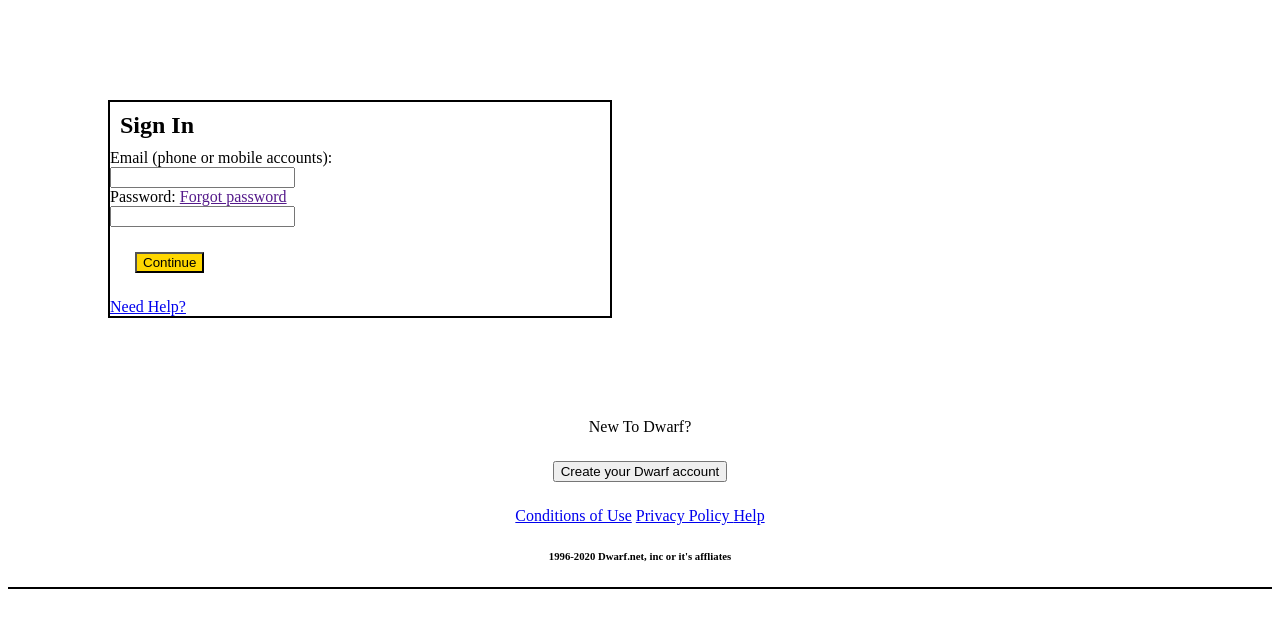
Repository: brittmarie333/replica
Page: index.html
These files come from the project's save history. The page is drawn as it stood at one moment and after the next save; the edit follows.
The browser window is 1280 px wide. The pictures show the whole page.

Above is the page before, as saved 2024-05-27 12:58:53.

### index.html
<!DOCTYPE html>
<html lang="en">
<head>
    <meta charset="UTF-8">
    <meta name="viewport" content="width=device-width, initial-scale=1.0">
    <link rel="stylesheet" href="index.css">
    <title>Log In</title>
</head>
<body>

    <form action="/data.php">
        <h2>Sign In</h2>
        <label for="username">Email (phone or mobile accounts):</label><br>
       <input type="text" id="fname" name="fname"><br>
        <label for="pword">Password: </label> <text align="right"><a href="">Forgot password</a></text><br>
        <input type="text" id="lname" name="lname" ><br>
        <button style= "background-color: gold";
        <button>Continue</button>
        <br>
        <a href="http">Need Help?</a>
      </form>




      New To Dwarf?
      <br>
      <button id="create">Create your Dwarf account</button>
      <br>
      <a href="http"> Conditions of Use</a>
      <a href="http"> Privacy Policy </a>
      <a href="http"> Help </a>
      <br>

      <h6> 1996-2020 Dwarf.net, inc or it's affliates</h6>


</body>
</html>

### index.css
h2  {
    text-align: left;
    margin: 10px;
}

body {
    text-align: center;
    border-bottom: 2px solid black;
    align-items: center;
}
form{
    text-align: left;
    border: 2px solid;
    border color: light grey;
    margin: 100px;
    width: 500px;

}
button{
    text-align: center;
    align-items: center;
    margin: 25px;

}

After the next save:
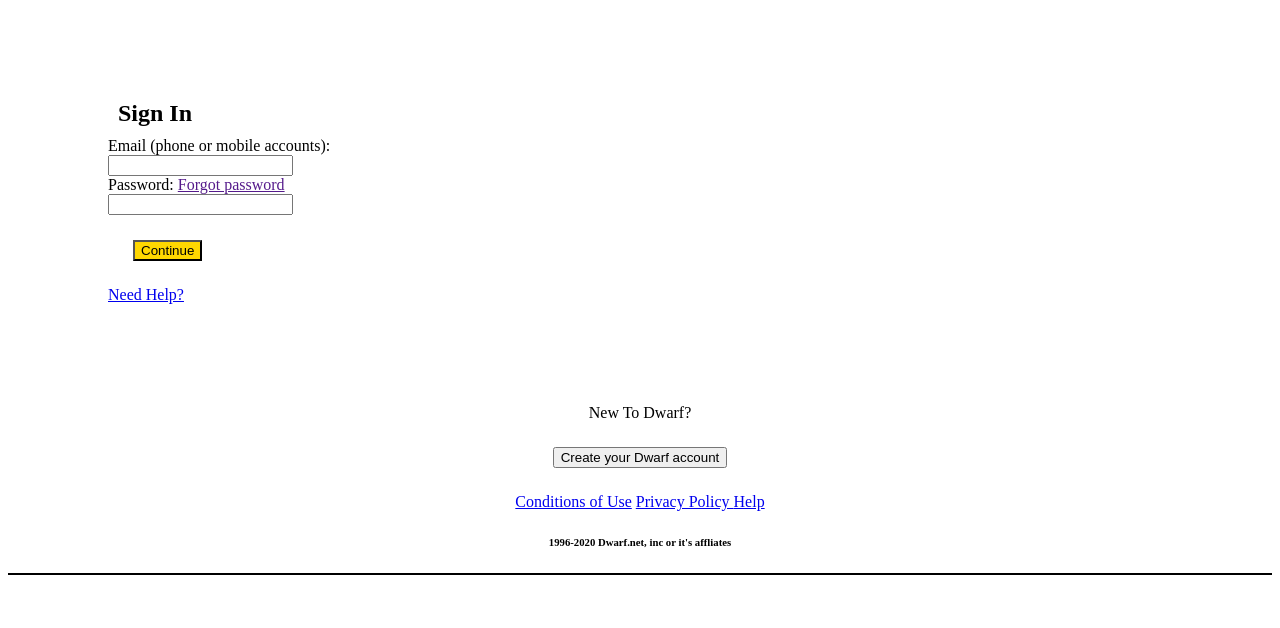
Saved 9 s later.
--- a/index.css
+++ b/index.css
@@ -10,6 +10,7 @@
 }
 form{
     text-align: left;
+    texta
     border: 2px solid;
     border color: light grey;
     margin: 100px;

After the 2 saves that followed:
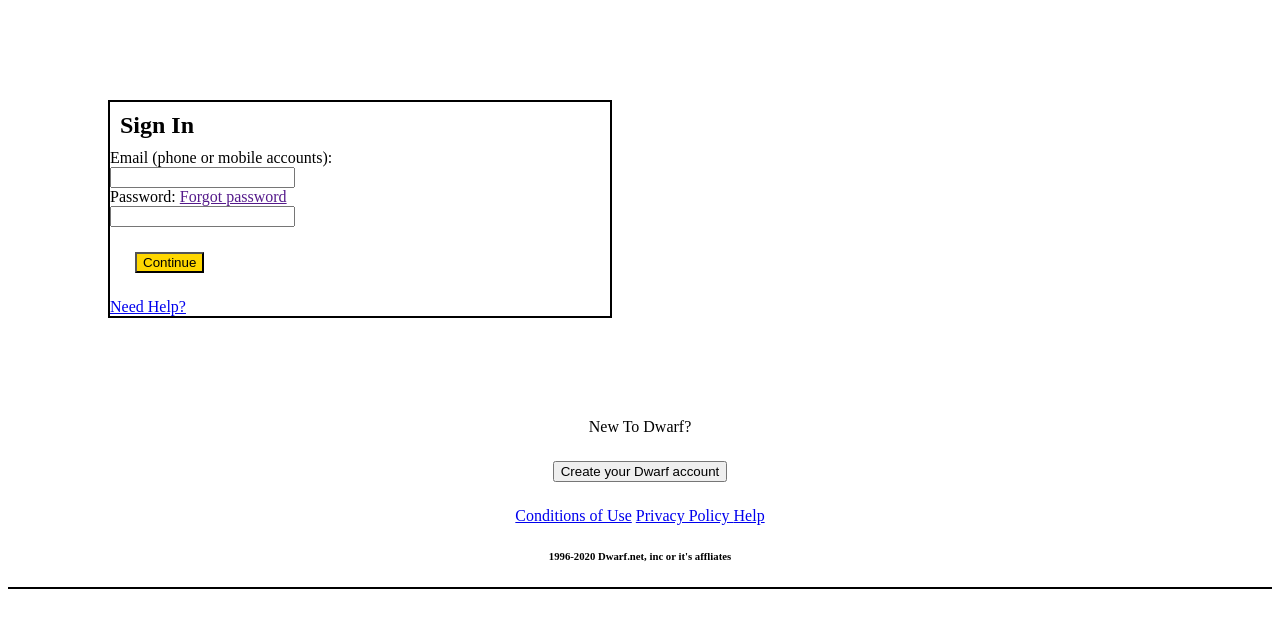
The 2 saves are shown as one change because they came seconds apart.
The last was saved 11 s later.
--- a/index.css
+++ b/index.css
@@ -10,7 +10,7 @@
 }
 form{
     text-align: left;
-    texta
+
     border: 2px solid;
     border color: light grey;
     margin: 100px;
